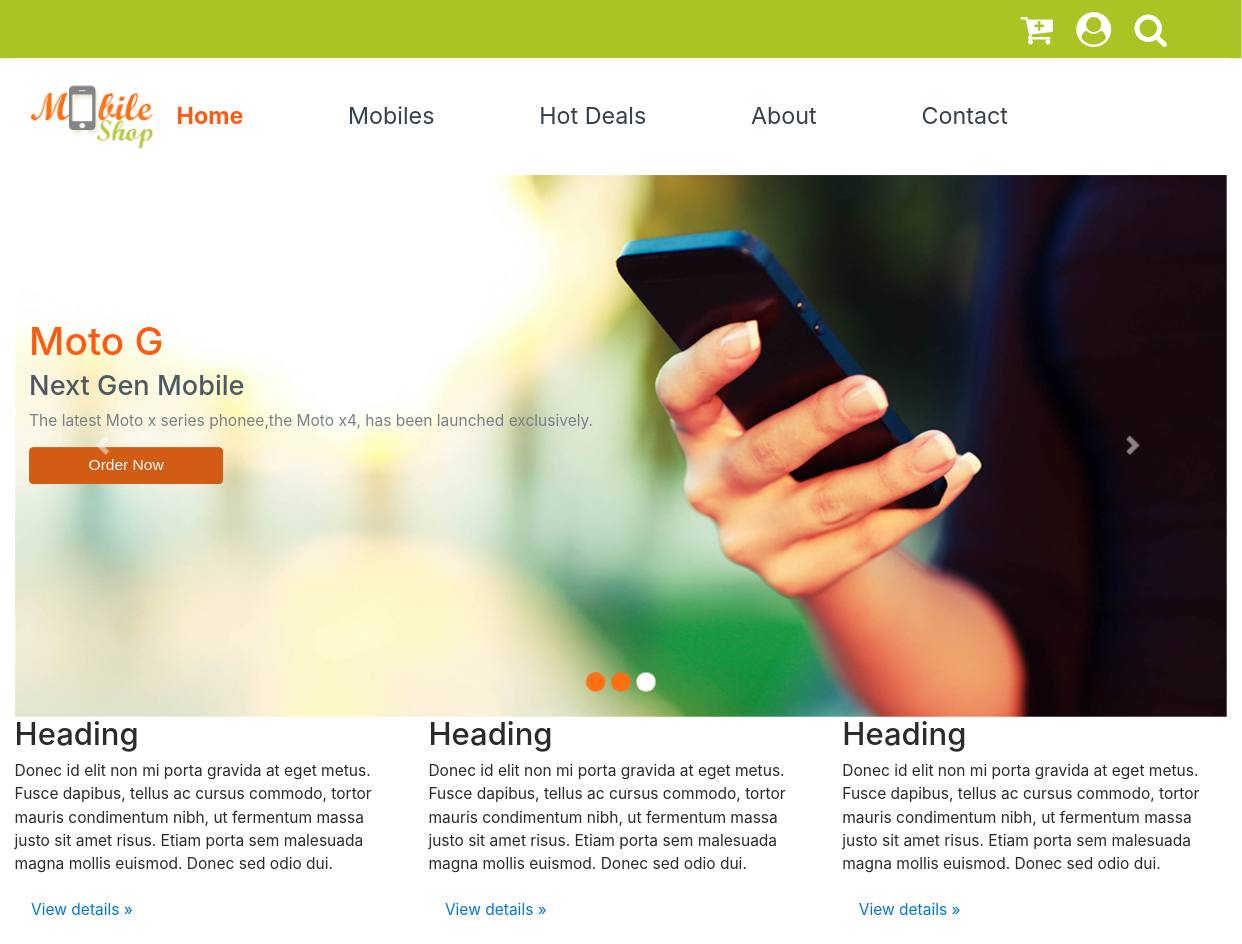
Repository: rajmohanr/mobile
Page: index.html
The author's editor kept a copy of each file at every save. The page is drawn from the files as they stood at one save, then again after the next save.
The browser window is 1280 px wide. The pictures show the whole page, at 97% of full size.

Above is the page before, as saved 2018-03-31 12:59:43.
Console error (its wording comes from the project's code and is left out).

After the next save:
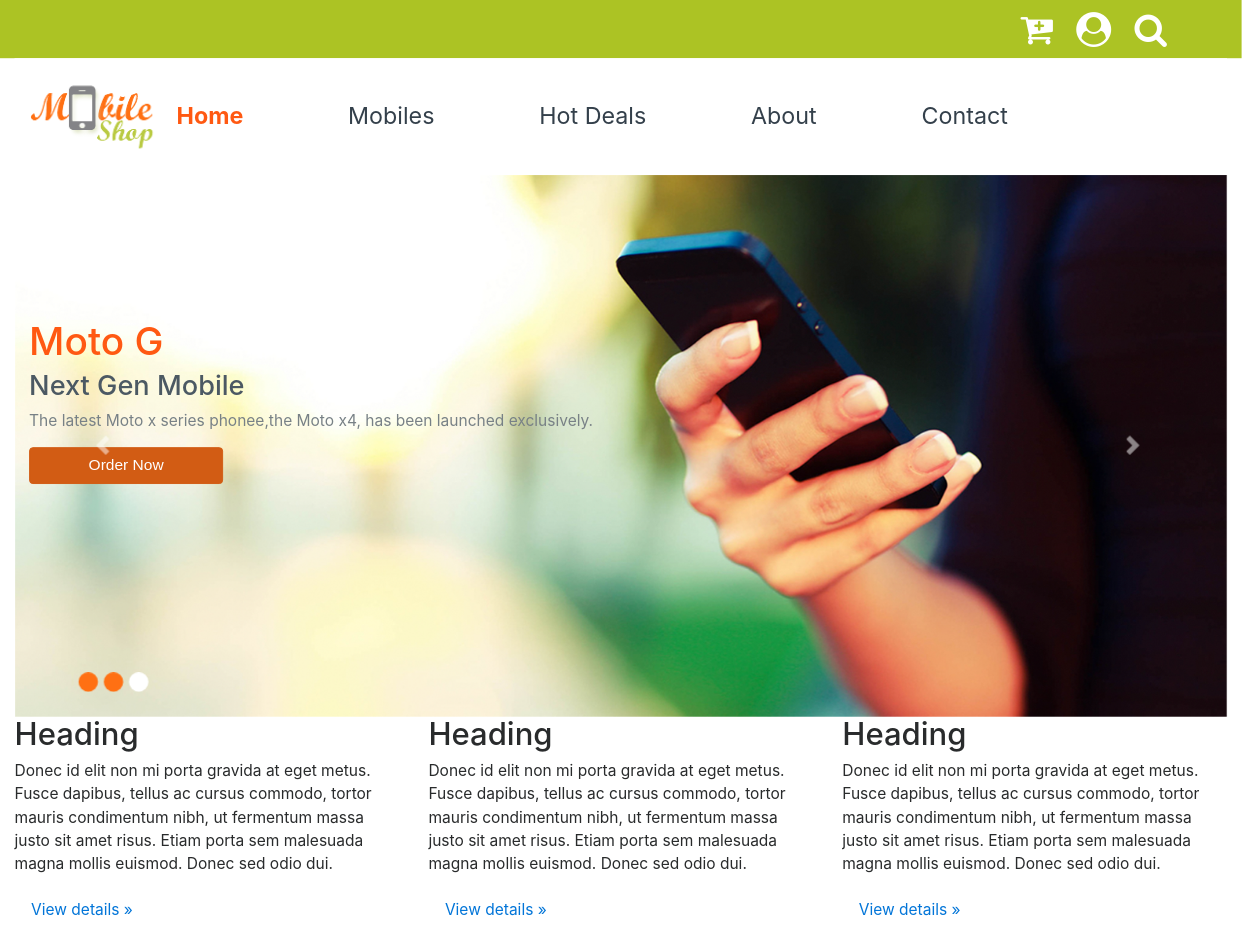
Saved 23 s later.
--- a/css/style.css
+++ b/css/style.css
@@ -67,6 +67,7 @@
     max-width: 20px!important;
 }
 .carousel-indicators {
-    margin-right: 5%;
-    margin-left: 5%;
+    margin-right: 5%!important;
+    margin-left: 5%!important;
+    justify-content: left!important;
 }
